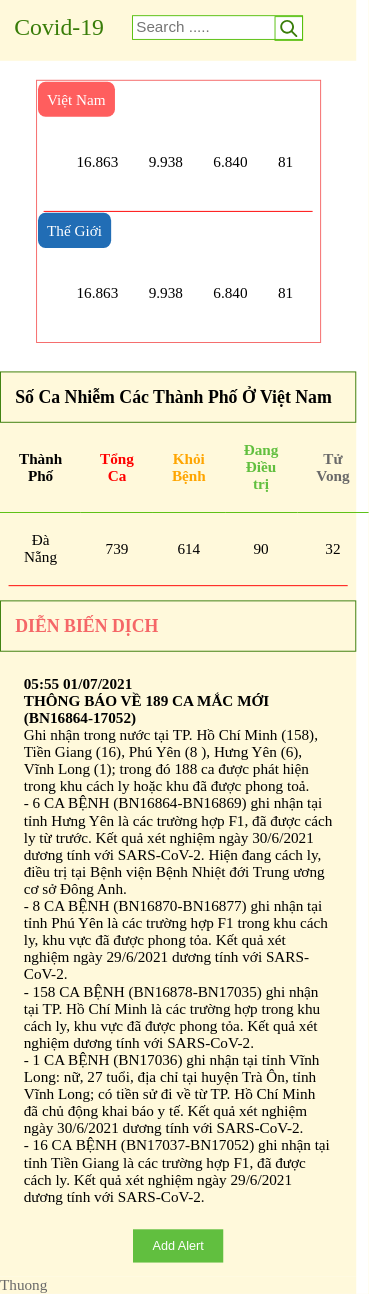
Repository: thuongton98/Covid
Page: html-css-js/index.html
These files come from the project's save history. The page is drawn as it stood at one moment and after the next save; the edit follows.
The browser window is 375 px wide. The page is 388 px wide, so the pictures cover 388 px, including what lies to the right of the window. The pictures show the whole page, at 95% of full size.

Above is the page before, as saved 2021-07-01 11:47:15.

After the next save:
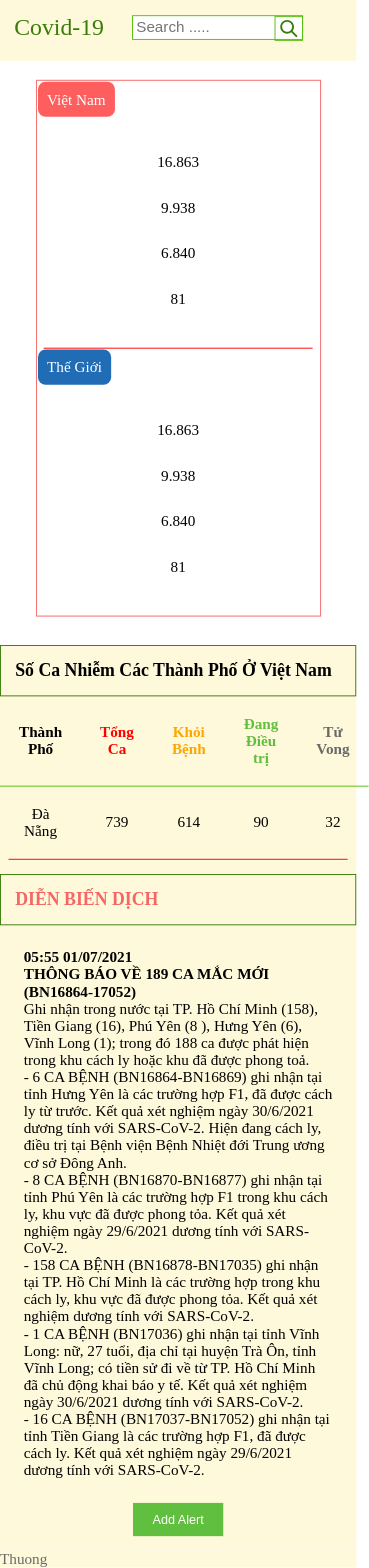
Saved 13 s later.
--- a/html-css-js/styles.css
+++ b/html-css-js/styles.css
@@ -257,6 +257,8 @@ footer a{
     .case div table th{
         display:none
     }
-
-
-}
+    .case div table td{
+        display: block;
+    }
+
+}
